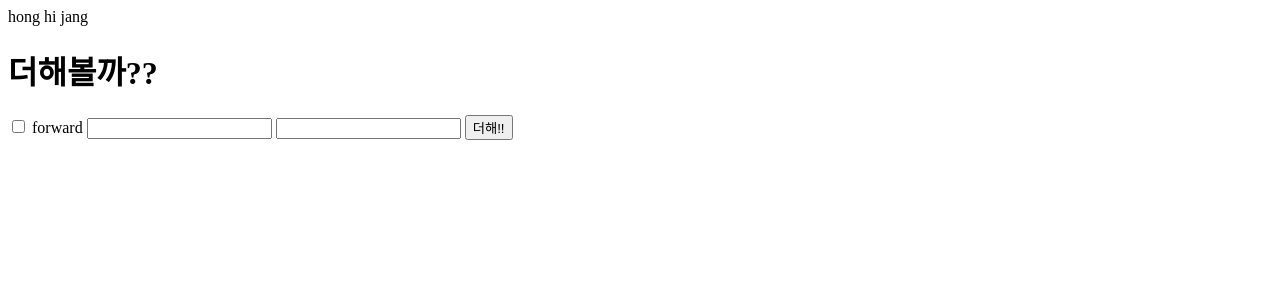
Repository: bgmun01/woorifisa_java
Page: http://localhost/web_day3/
These files come from the project's save history. The page is drawn as it stood at one moment and after the next save; the edit follows.
The browser window is 1280 px wide. The pictures show the whole page.
The page is served by Tomcat 9. Other server files are loaded and not shown.

Above is the page before, as saved 2023-06-16 06:28:51.

### web_day3/src/main/webapp/index.jsp
<%@ page language="java" contentType="text/html; charset=UTF-8"
    pageEncoding="UTF-8"%>
<!DOCTYPE html>
<html>
<head>
<meta charset="UTF-8">
<title>Insert title here</title>
</head>
<body>
	<%
	// scriptlet : _jsp service의 local 영역 !! 로컬변수 선언을 쓸 수 있다?
		String name = "hong";
	//	request. //이미 만들어져 있어서 사용할 수 있다.
	%>
	<!--  expression -->
	<%-- jsp 주석을 클라이언트에 보내지 않음 따라서 jsp 주석을 사용해야함 해야 html에 남아있지 않음 --%>
	<%=name %>

	<%!
	// <%! - declaration tag : member 변수, 메서드 구성 클래스영역
		public String hi(String name){
		return "hi " +name;
	}
	%>
	<%=hi("jang") %>

	<h1>더해볼까??</h1>
	<form action = "/web_day3/Add" method="get">
		<input type = "checkbox" name = "type" value = "forward" id = "type">
		<label for = "type"> forward </label>
		<input name = "num1" type="text">
		<input name = "num2" type="text">
		<input type = "submit" value="더해!!">
 	</form>

</body>
</html>

After the next save:
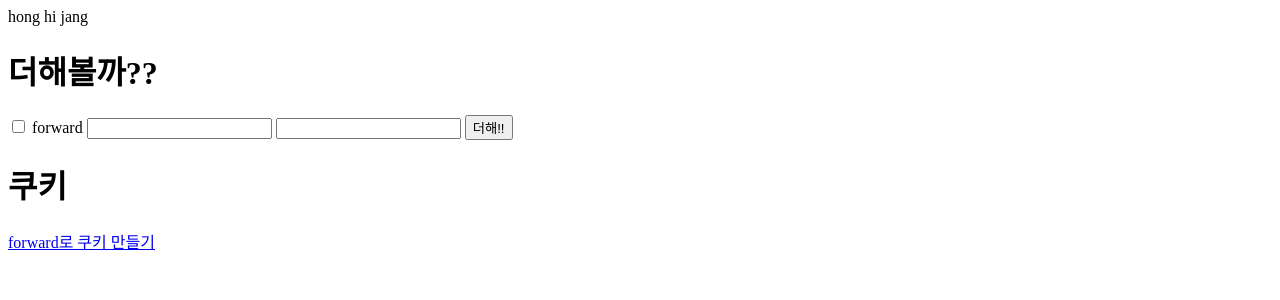
Saved 3 min 11 s later.
--- a/web_day3/src/main/webapp/index.jsp
+++ b/web_day3/src/main/webapp/index.jsp
@@ -33,5 +33,12 @@
 		<input type = "submit" value="더해!!">
  	</form>
 
+	<h1>쿠키</h1>
+	<a href="/web_day3/CookieMaker?type=forward"?>forward로 쿠키 만들기</a><br>
+	<a href="/web_day3/CookieMaker?type=redirect?>forward로 쿠키 만들기</a><br>
+
+
+
+
 </body>
 </html>
